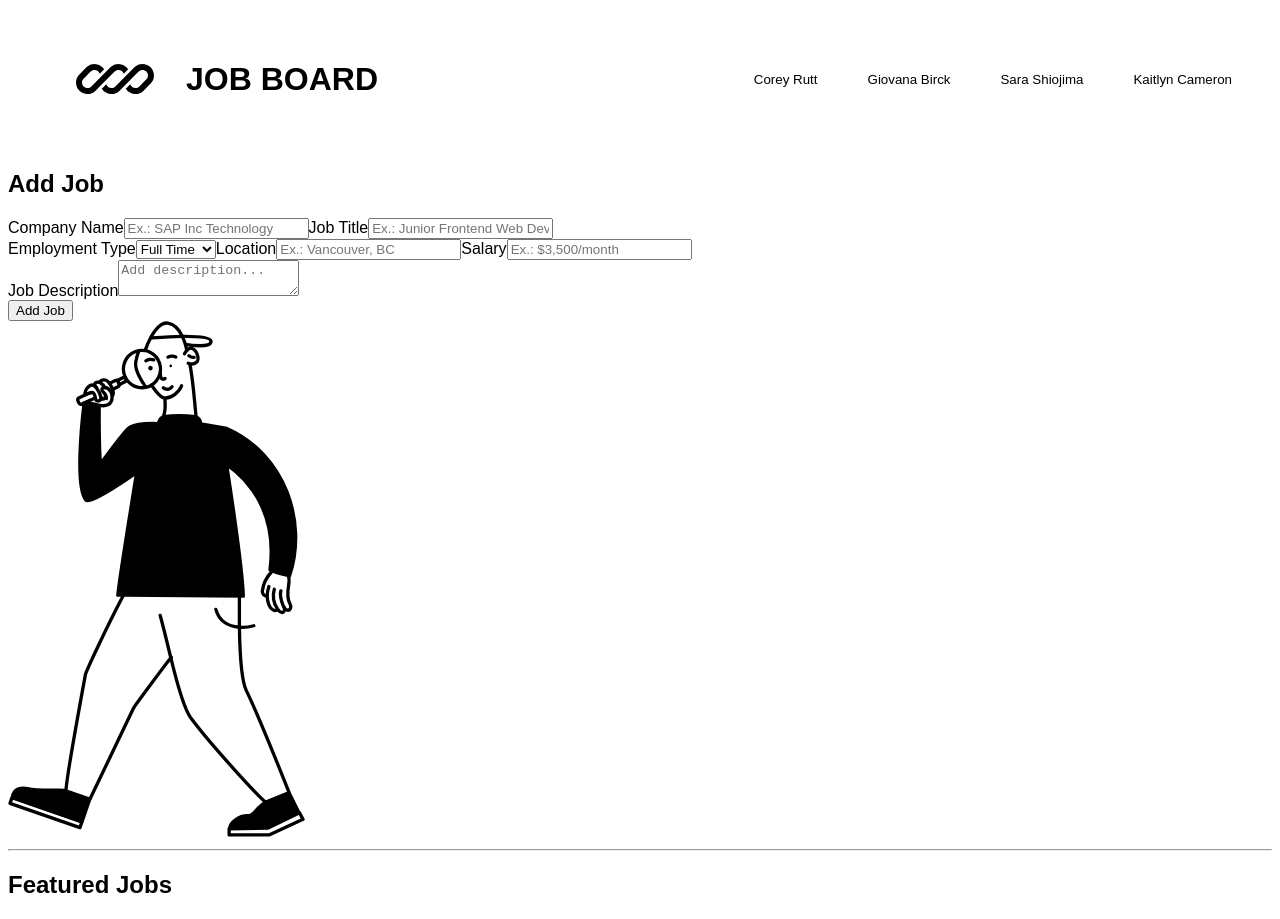
Repository: kcameron37/Final-Project-FrontEnd
Page: /
These files come from the project's save history. The page is drawn as it stood at one moment and after a run of saves; the edit follows.
The browser window is 1280 px wide. The pictures show the whole page.
The project was rebuilt for these pictures with package versions that can differ from the ones it lists, and the page was loaded fresh each time. Also part of the build but not shown: src/components/addJob.module.css.

Above is the page before, as saved 2023-11-14 20:13:07.

### src/App.js
import React, { useState } from 'react';

import styles from './styles.css';

import JobList from './components/JobList.js';
import AddJob from './components/AddJob.js';
import NavBar from './components/NavBar.js';


export default function App() {
  const [jobs, setJobs] = useState([]);

  const addJob = (job) => {
    setJobs([...jobs, job]);
  };

  const deleteJob = (index) => {
    const newJobs = jobs.filter((_, idx) => idx !== index);
    setJobs(newJobs);
  };

  return (
    <div className="App">
      <NavBar />
      <AddJob addJob={addJob} />
      <JobList jobs={jobs} deleteJob={deleteJob} />
    </div>
  );
}

### src/styles.css
.App {
  font-family: 'Rubik', sans-serif;
}

### src/components/JobList.js
import React from 'react';

export default function JobList({ jobs, deleteJob }) {
  return (
    <div>
      <hr />
      <h2>Featured Jobs</h2>
      {
        jobs.map((job, index) => (
          <div key={index} className="job-item">
            <h3>{job.jobTitle}</h3>
            <button onClick={() => console.log('Make Edit Do Something')}>Edit</button>
            <button onClick={() => deleteJob(index)}>Delete</button>
            <p>{job.companyName} • {job.employment} • {job.location} • {job.salary}</p>
            <p>{job.description}</p>
            <hr />
          </div>
        ))
      }
    </div>
  );
}

### src/components/AddJob.js
import React, { useState } from 'react';
import styles from './addJob.module.css';


export default function AddJob({ addJob }) {

    const [job, setJob] = useState({
        companyName: '',
        jobTitle: '',
        employment: 'Full Time',
        location: '',
        salary: '',
        description: ''
    });

    const handleSubmit = (e) => {
        e.preventDefault();
        addJob(job);
        setJob({ companyName: '', jobTitle: '', employment: 'Full Time', location: '', salary: '', description: '' });
    }

    const handleChange = (e) => {
        setJob({ ...job, [e.target.name]: e.target.value });
    };

    return (
        <form onSubmit={handleSubmit} className={styles.formContainer}>
            <h2>Add Job</h2>
            <div>
                <label>Company Name</label>
                <input
                    type="text"
                    name="companyName"
                    value={job.companyName}
                    onChange={handleChange}
                    placeholder="Ex.: SAP Inc Technology"
                />

                <label>Job Title</label>
                <input
                    type="text"
                    name="jobTitle"
                    value={job.jobTitle}
                    onChange={handleChange}
                    placeholder="Ex.: Junior Frontend Web Developer"
                />
            </div>

            <div>
                <label>Employment Type</label>
                <select name="employment" value={job.employment} onChange={handleChange}>
                    <option value="Full Time">Full Time</option>
                    <option value="Part Time">Part Time</option>
                </select>

                <label>Location</label>
                <input
                    type="text"
                    name="location"
                    value={job.location}
                    onChange={handleChange}
                    placeholder="Ex.: Vancouver, BC"
                />

                <label>Salary</label>
                <input
                    type="text"
                    name="salary"
                    value={job.salary}
                    onChange={handleChange}
                    placeholder="Ex.: $3,500/month"
                />
            </div>

            <div>
                <label>Job Description</label>
                <textarea
                    name="description"
                    value={job.description}
                    onChange={handleChange}
                    placeholder="Add description..."
                />
            </div>
            <button type="submit">Add Job</button>

            <div>
                <img src="/images/man.svg" alt="Logo" />
            </div>
        </form>
    );
}

### src/components/NavBar.js
import React from 'react';
import styles from './navBar.module.css';

export default function NavBar() {
    return (
        <div className={styles.navBar}>
            <div className={styles.logo}>
                <img src="/images/logo.svg" alt="Logo" />
                <h2>JOB BOARD</h2>
            </div>

            <div>
                <button>Corey Rutt</button>
                <button>Giovana Birck</button>
                <button>Sara Shiojima</button>
                <button>Kaitlyn Cameron</button>
            </div>
        </div>
    );
}

### src/components/navBar.module.css
.logo{
  display: flex;
  align-items: center;
  margin-left: 2em;
  padding: 1em;
}

.logo h2 {
  margin-left: 1em;
  font-size: 32px;
}

.navBar {
    background-color: transparent;
    padding: 10px 20px;
    display: flex;
    align-items: center;
    justify-content: space-between;
  }

  .navBar img {
    height: 30px;
  }

  .navBar button {
    background-color: transparent;
    border: none;
    padding: 10px 20px;
    margin-left: 10px;
    cursor: pointer;
  }

Loaded but not shown: public/index.html (common file); src/index.js (common file)

After the next 2 saves:
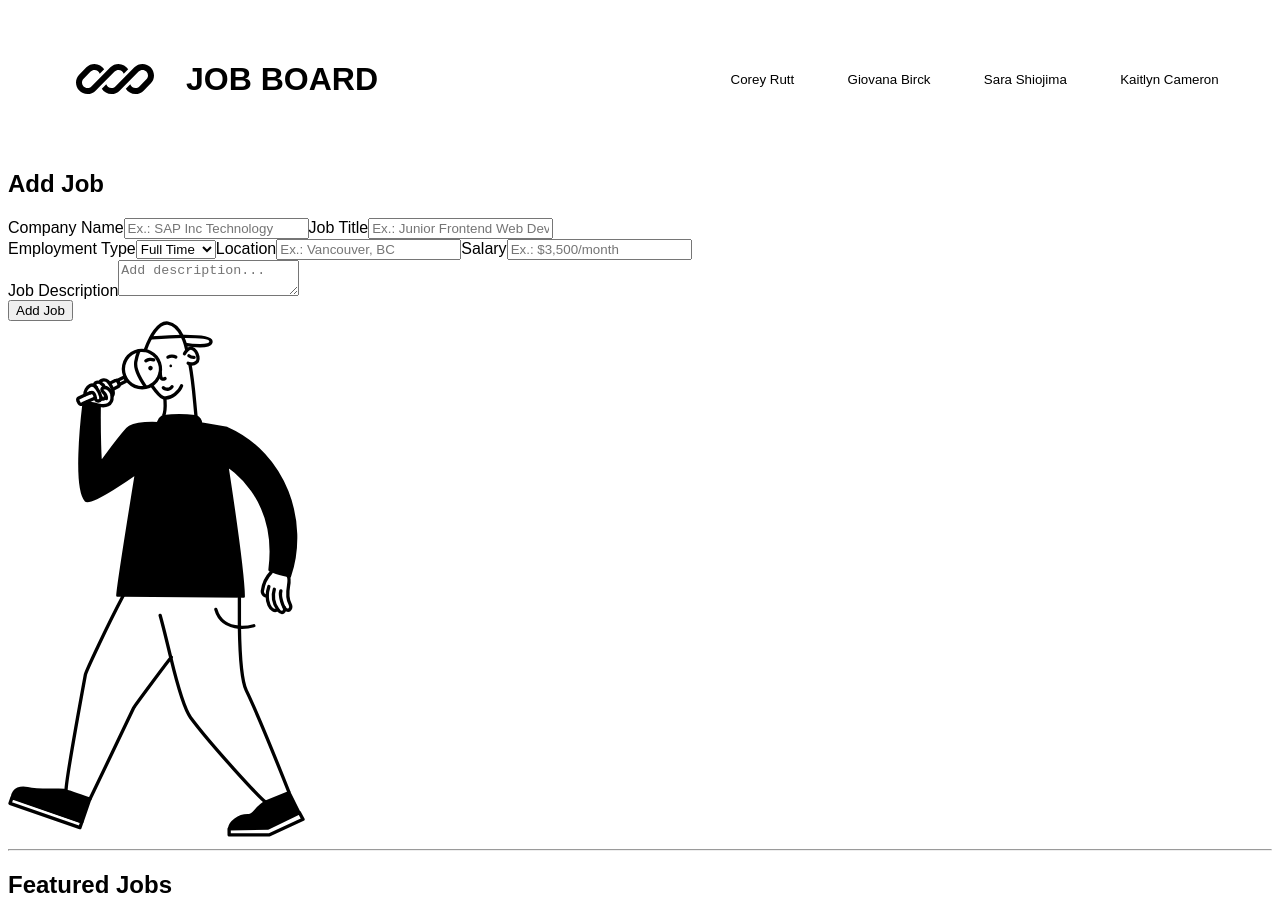
The 2 saves are shown as one change because they came seconds apart.
The last was saved 13 s later.
--- a/src/components/navBar.module.css
+++ b/src/components/navBar.module.css
@@ -26,6 +26,6 @@
     background-color: transparent;
     border: none;
     padding: 10px 20px;
-    margin-left: 10px;
+    margin-right: 1em;
     cursor: pointer;
   }
